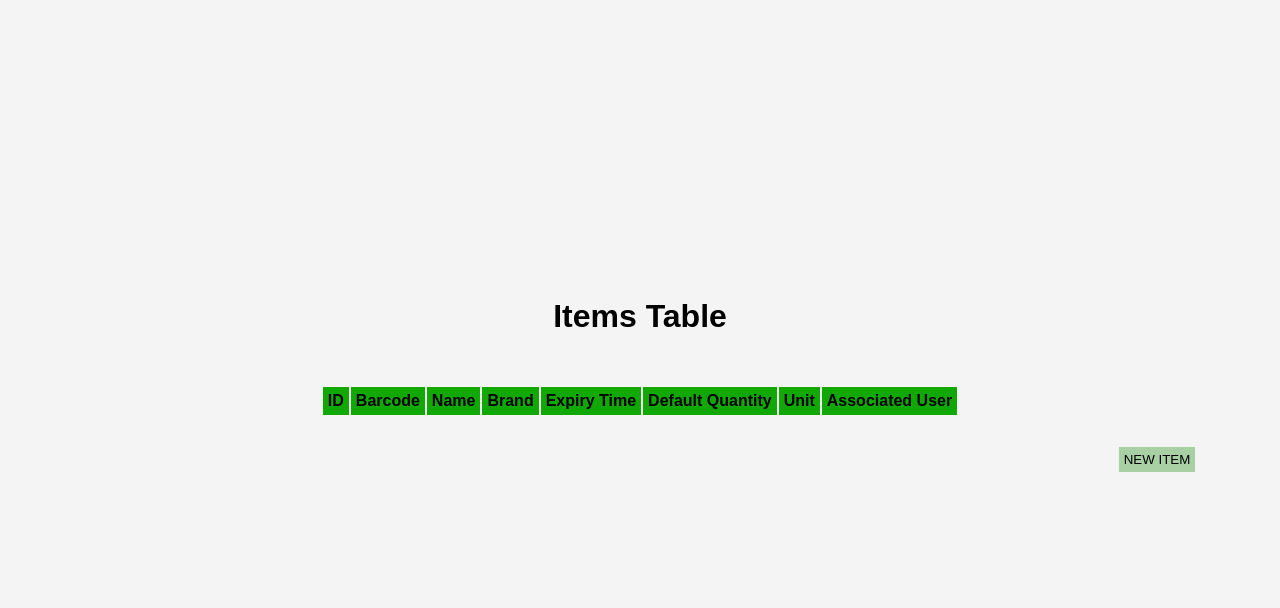
Repository: ChickenTenders2/FoodLink
Page: web_app/templates/item_view.html
An editor plug-in stored every save of this project. The page is shown before and after the next save, followed by the edit.
The browser window is 1280 px wide. The pictures show the whole page.
After loading, the first visible `button.add` was clicked once.
The page is served by the project's application, run on Flask 3 (web_app/app.py). The template is opened directly, without the code that normally fills it, so the values that code supplies are empty.

Above is the page before, as saved 2025-04-19 19:47:38.
Console error: TypeError: Cannot set properties of null (setting 'value')

After the next save:
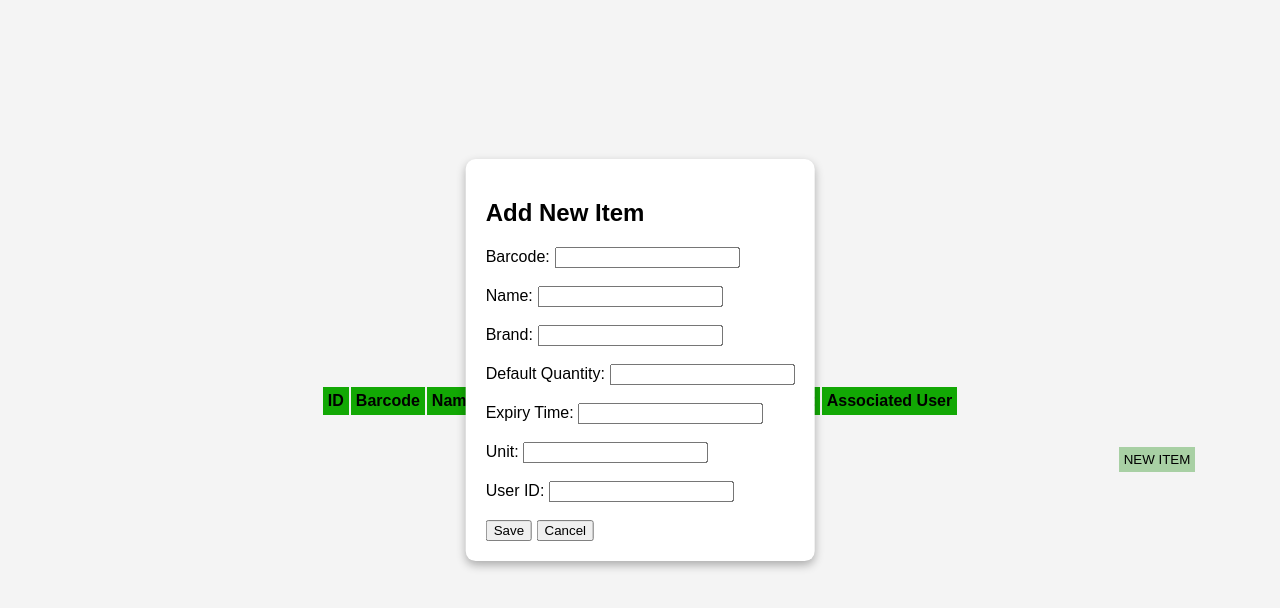
The error is gone.
Saved 24 s later.
--- a/web_app/static/js/item_view.js
+++ b/web_app/static/js/item_view.js
@@ -39,7 +39,7 @@ function open_popup(itemName, barcode, name, brand, quantity, expiry_date, unit,
     document.getElementById('quantity').value = quantity;
     document.getElementById('expiry').value = expiry_date;
     document.getElementById('unit').value = unit;
-    document.getElementById('id').value = user_id;
+    document.getElementById('user-id').value = user_id;
     document.getElementById('inventory-id').value = inventory_id;
     document.getElementById('original-expiry').value = expiry_date;
     document.getElementById('original-quantity').value = quantity;
